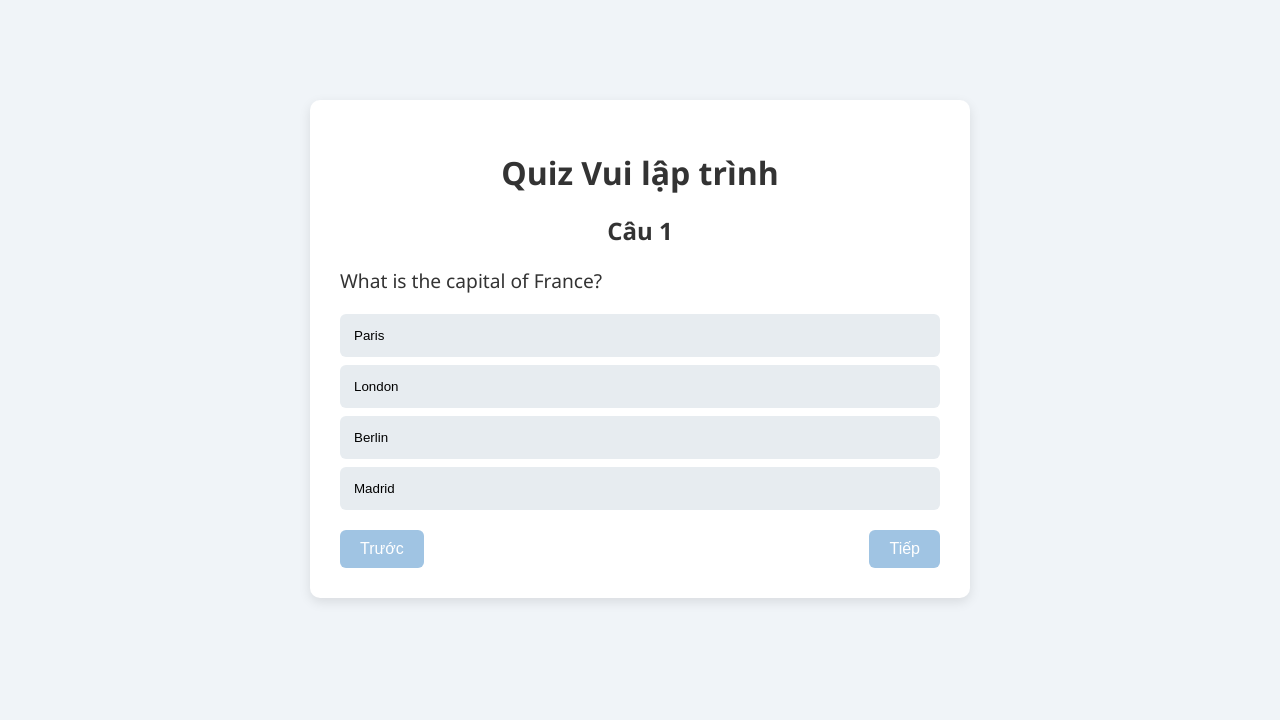
Repository: HuynhPPP/Quiz_App
Page: /
The author's editor kept a copy of each file at every save. The page is drawn from the files as they stood at one save, then again after the next save.
The browser window is 1280 px wide. The pictures show the whole page.
The project was rebuilt for these pictures with package versions that can differ from the ones it lists, and the page was loaded fresh each time. Also part of the build but not shown: vite.config.js.

Above is the page before, as saved 2025-09-26 15:07:46.

### index.html
<!doctype html>
<html lang="en">
  <head>
    <meta charset="UTF-8" />
    <link rel="icon" type="image/svg+xml" href="/vite.svg" />
    <meta name="viewport" content="width=device-width, initial-scale=1.0" />
    <title>Quiz Vui lập trình</title>
  </head>
  <body>
    <div id="root"></div>
    <script type="module" src="/src/main.jsx"></script>
  </body>
</html>

### src/index.css
/* Global reset and styling */
body {
  margin: 0;
  padding: 0;
  font-family: "Segoe UI", Tahoma, Geneva, Verdana, sans-serif;
  background: #f0f4f8;
  color: #333;
}

/* Container styling for the app */
.container {
  max-width: 600px;
  margin: 100px auto;
  background: #fff;
  padding: 30px;
  border-radius: 10px;
  box-shadow: 0 4px 12px rgba(0, 0, 0, 0.1);
}

/* Header styling */
h1,
h2 {
  text-align: center;
  margin-bottom: 20px;
}

/* Styling the question text */
.question {
  font-size: 1.2em;
  margin-bottom: 20px;
}

/* Option button styling */
.option {
  display: block;
  width: 100%;
  padding: 12px;
  margin: 8px 0;
  border: 2px solid transparent;
  border-radius: 6px;
  background: #e7ecf0;
  cursor: pointer;
  text-align: left;
  transition: background 0.3s, border 0.3s;
}

.option:hover {
  background: #d6dde5;
}

.option.selected {
  background: oklch(92.9% 0.013 255.508);
  border: 2px solid oklch(55.4% 0.046 257.417);
  color: oklch(37.2% 0.044 257.287);
}

/* Navigation button styles */
.nav-buttons {
  display: flex;
  justify-content: space-between;
  margin-top: 20px;
}

.nav-buttons button {
  padding: 10px 20px;
  border: none;
  background: #42a5f5;
  color: white;
  border-radius: 6px;
  cursor: pointer;
  font-size: 1em;
  transition: background 0.3s;
}

.nav-buttons button:hover {
  background: #1e88e5;
}

.nav-buttons button:disabled {
  background: #a0c4e3;
  cursor: not-allowed;
}

.result-button {
  display: block;
  padding: 10px 20px;
  border: none;
  background: oklch(55.4% 0.046 257.417);
  color: white;
  border-radius: 6px;
  cursor: pointer;
  font-size: 1em;
  transition: background 0.3s;
}

.result-button:hover {
  background: #1e88e5;
}

/* Score display styling */
.score {
  font-size: 1.4em;
  text-align: center;
  margin: 20px 0;
}

.correct-answer {
  color: oklch(70.4% 0.14 182.503);
}

.incorrect-answer {
  color: oklch(64.5% 0.246 16.439);
}

p.result {
  text-align: center;
  margin: 40px;
}

.resultButtonsContainer {
  display: flex;
  justify-content: center;
  gap: 20px;
}

### src/App.jsx
import Quiz from "./components/Quiz"

function App() {
  return (
    <div className="container">
      <h1>Quiz Vui lập trình</h1>
      <Quiz />
    </div>
  )
}

export default App

### src/components/Quiz.jsx
import React, { useState, useEffect } from 'react'

const quizData = [
    {
        question: "What is the capital of France?",
        options: ["Paris", "London", "Berlin", "Madrid"],
        answer: "Paris"
    },
    {
        question: "What is the capital of Germany?",
        options: ["Berlin", "London", "Madrid", "Paris"],
        answer: "Berlin"
    },
    {
        question: "What is the capital of Italy?",
        options: ["Rome", "London", "Madrid", "Paris"],
        answer: "Rome"
    },
    {
        question: "What is the capital of Spain?",
        options: ["Madrid", "London", "Paris", "Rome"],
        answer: "Madrid"
    },
    {
        question: "What is the capital of Portugal?",
        options: ["Lisbon", "London", "Madrid", "Paris"],
        answer: "Lisbon"
    },

]

const Quiz = () => {
    const [optionSelected, setOptionSelected] = useState("");
    const [userAnswer, setUserAnswer] = useState(
        Array.from({ length: quizData.length })
    );
    const [currentQuestion, setCurrentQuestion] = useState(0);

    const handleSelectOption = (option, index) => {
        setOptionSelected(option);
        const newUserAnswer = [...userAnswer];
        newUserAnswer[currentQuestion] = index;
        setUserAnswer(newUserAnswer);
    }

    const handleNextQuestion = () => {
        setCurrentQuestion((prev) => prev + 1);


    }

    const handlePreviousQuestion = () => {
        if (currentQuestion > 0) {
            setCurrentQuestion((prev) => prev - 1);
        }
    }

    useEffect(() => {
        const answer = Number(userAnswer[currentQuestion]);
        const pastOptionSelected = quizData[currentQuestion].options[answer];
        if (answer !== undefined) {
            setOptionSelected(pastOptionSelected);
        } else {
            setOptionSelected("");
        }
    }, [currentQuestion, userAnswer]);

    return (
        <div>
            <h2>Câu {currentQuestion + 1}</h2>
            <p className='question'>{quizData[currentQuestion].question}</p>

            {quizData[currentQuestion].options.map((option, index) => (
                <button
                    key={index}
                    className={`option ${optionSelected === option ? 'selected' : ''}`}
                    disabled={!!optionSelected && optionSelected !== option}
                    onClick={() => handleSelectOption(option, index)}
                >
                    {option}
                </button>
            ))}

            {
                optionSelected ? (
                    optionSelected === quizData[currentQuestion].answer ? (
                        <p className='correct-answer'>Câu trả lời của bạn là chính xác</p>
                    ) : (
                        <p className='incorrect-answer'>Câu trả lời của bạn chưa chính xác</p>
                    )
                ) : ""
            }


            <div className='nav-buttons'>
                <button
                    onClick={handlePreviousQuestion}
                    disabled={currentQuestion === 0}
                >
                    Trước
                </button>
                <button
                    onClick={handleNextQuestion}
                    disabled={!optionSelected}
                >
                    {currentQuestion === quizData.length - 1 ? "Hoàn thành Quiz" : "Tiếp"}
                </button>
            </div>
        </div>
    );
};

export default Quiz

### src/components/Resutl.jsx
import React from 'react'

const Resutl = () => {
  return (
    <div>
        <h2>Kết quả</h2>
        <p className='result'>Bạn đã hoàn thành Quiz 🎉🎉🎉</p>
        <div className='resultButtonsContainer'>
            <button className='result-button'>Quay lại</button>
            <button className='result-button'>Làm lại</button>
        </div>
    </div>
  )
}

export default Resutl

Loaded but not shown: src/main.jsx (common file)

After the next save:
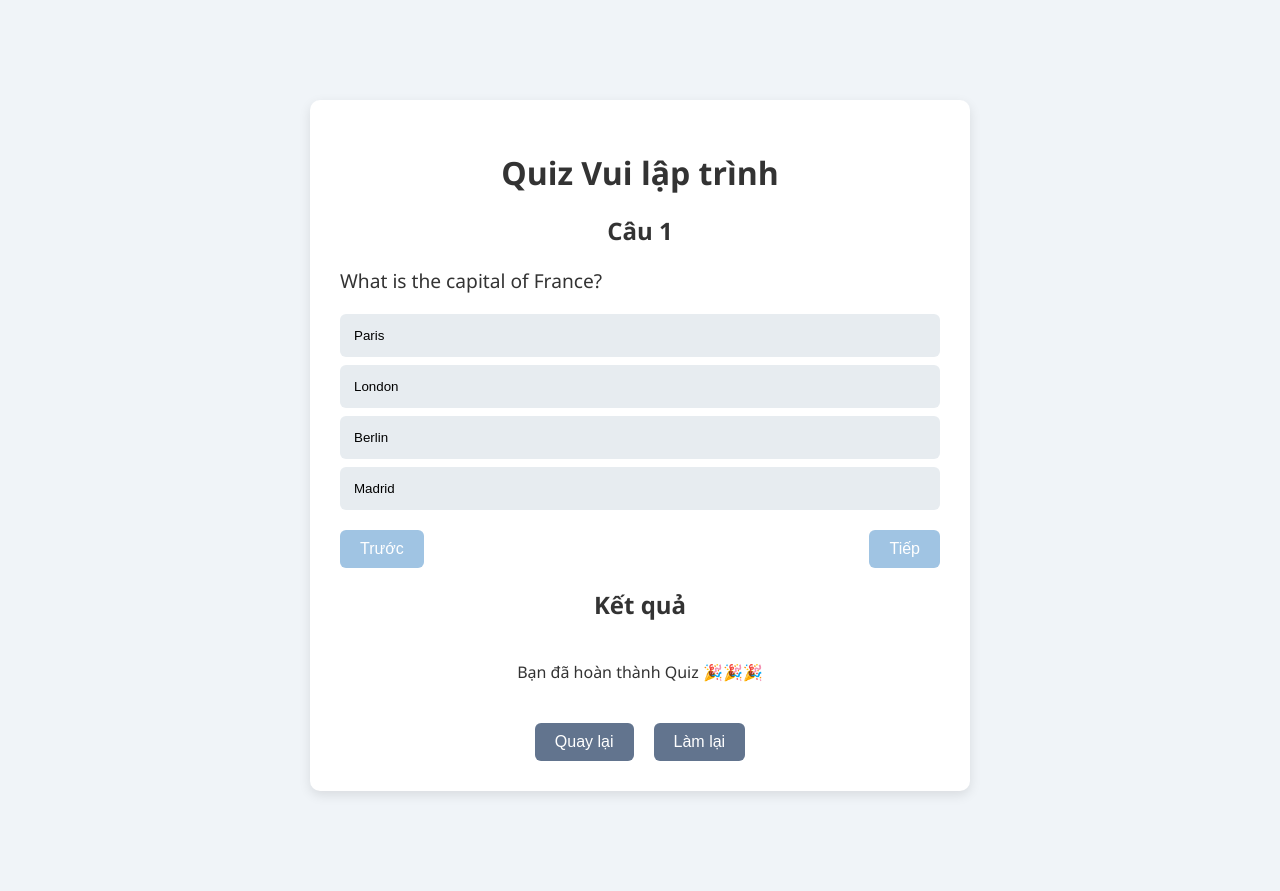
Saved 13 s later.
--- a/src/App.jsx
+++ b/src/App.jsx
@@ -1,10 +1,12 @@
 import Quiz from "./components/Quiz"
+import Resutl from "./components/Resutl"
 
 function App() {
   return (
     <div className="container">
       <h1>Quiz Vui lập trình</h1>
       <Quiz />
+      <Resutl />
     </div>
   )
 }

After the save that followed:
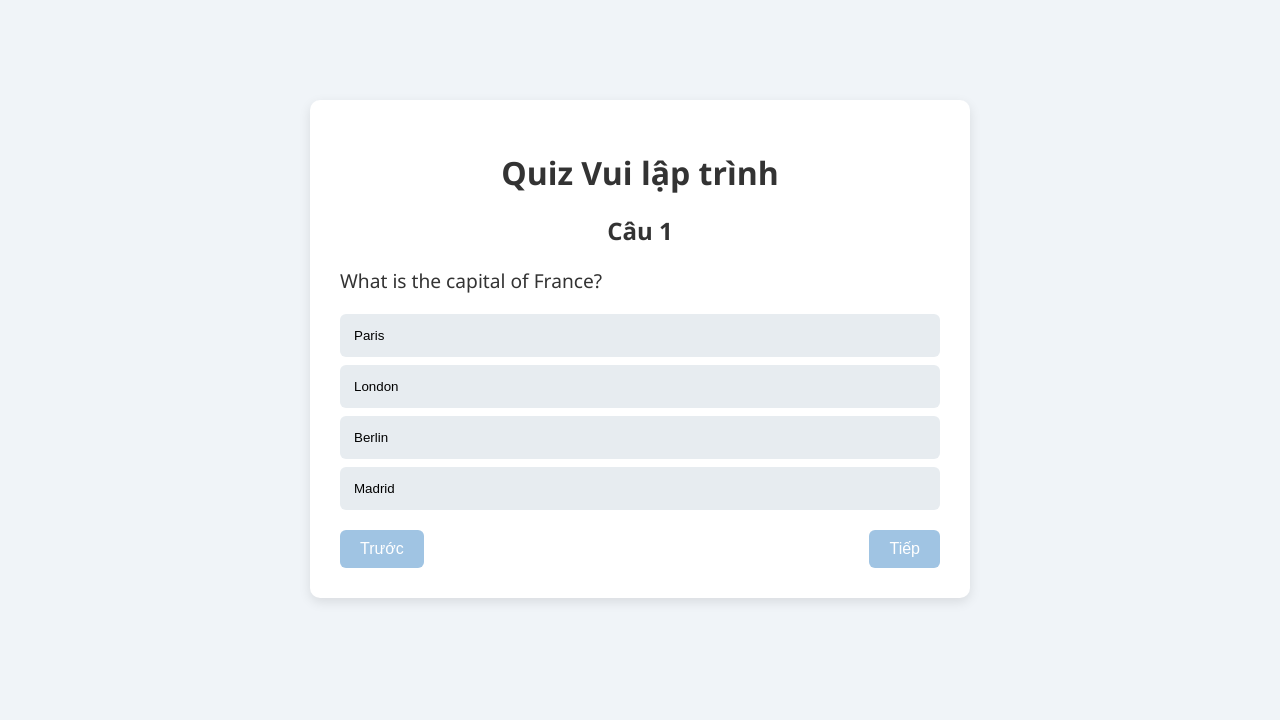
Saved 44 s later.
--- a/src/App.jsx
+++ b/src/App.jsx
@@ -1,12 +1,11 @@
 import Quiz from "./components/Quiz"
-import Resutl from "./components/Resutl"
 
 function App() {
   return (
     <div className="container">
       <h1>Quiz Vui lập trình</h1>
       <Quiz />
-      <Resutl />
+
     </div>
   )
 }
